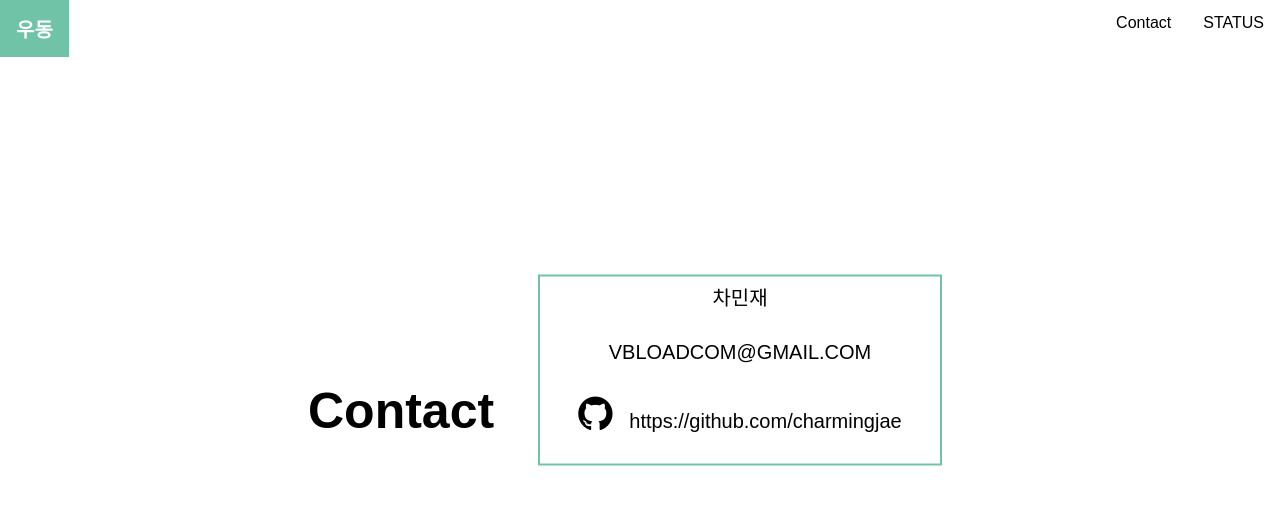
Repository: charmingjae/circles
Page: http://localhost/circles/root/contact.jsp
These files come from the project's save history. The page is drawn as it stood at one moment and after the next save; the edit follows.
The browser window is 1280 px wide. The pictures show the whole page.
Some web fonts or font styles are not loaded; a fallback is used. The page is served by Tomcat 9. Other server files are loaded and not shown.

Above is the page before, as saved 2020-07-09 15:10:28.

### circles/WebContent/root/contact.jsp
<%@ page language="java" contentType="text/html; charset=UTF-8"
    pageEncoding="UTF-8"%>
<!DOCTYPE html>
<html>
<head>
	<meta charset="UTF-8">
	<title>MOJUK</title>

	<!-- Link contact.css -->
	<link href="../css/contact.css" rel="stylesheet" type="text/css">

	<!-- font-awesome link -->
	 <link rel="stylesheet" type="text/css" href="https://maxcdn.bootstrapcdn.com/font-awesome/4.7.0/css/font-awesome.min.css">
</head>
<body>
	<!-- include header -->
	<%@include file ="../navbar/navbar.jsp" %>

	<form onsubmit="return false;" action="wrInfo.jsp" class="container" method="post" name="frmStuNo">
		<div class="container">
			<span id="head"> Contact </span>
			<div class="main">
				<span id="showEtc"> 차민재 </span>
				<span id="showEtc"> VBLOADCOM@GMAIL.COM  </span>
				<span id="showEtc"><i class="fa fa-github fa-2x" aria-hidden="true"></i> &nbsp https://github.com/charmingjae</span>
			</div>
		</div>
	</form>
</body>
</html>

### circles/WebContent/navbar/navbar.jsp
<%@ page language="java" contentType="text/html; charset=UTF-8"
    pageEncoding="UTF-8"%>
<!DOCTYPE html>
<html>
<head>
<meta charset="UTF-8">
<title></title>

	<!-- Link navbar.css -->
	<link href="../css/navbar.css" rel="stylesheet" type="text/css">
</head>
	<%
		String getSession = (String)session.getAttribute("userID");
	%>
<body>
	<ul id="main-menu">
		<li class="headName" id="main-menu1"><a href="../root/index.jsp" class="headName">우동</a></li>
		<%
			if((getSession != null) && (getSession.isEmpty() == false)){
				%>
				<li style="float:right" id="main-menu2"><a class="active" href="../root/admPg.jsp"><%=getSession %>님 환영합니다.</a>
					<ul id="sub-menu">
						<li><a class="subAct" href="../mojuk/member.jsp">🍀동아리원🍀</a></li>
						<li><a class="subAct" href="../proc/logout.jsp">로그아웃</a></li>
					</ul>
				</li>
				<%
			}
			else{

				%>
				<li style="float:right"><a class="active" href="../root/status.jsp">STATUS</a></li>
				<%
			}
		%>
		<li style="float:right"><a class="active" href="../root/contact.jsp">Contact</a></li>
	</ul>
</body>
</html>

### circles/WebContent/css/contact.css
@charset "UTF-8";


@import url(https://cdn.jsdelivr.net/gh/moonspam/NanumSquare@1.0/nanumsquare.css);

body {
    font-family: 'NanumSquare', sans-serif;
}

/* Chrome, iex, fire-fox Settings */
input:-ms-input-placeholder {color:#a8a8a8;}
input::-webkit-input-placeholder{color:#a8a8a8;}
input::-moz-placeholder{columns: #a8a8a8;}

/* Head Comment */
/* 나중에 px단위를 가변 단위로 바꿀 수 있으면 좋겠다. :-) */

html,body{
	height: 100%;
}

body{
	display:table-cell;
	margin: 0 auto;
}

/* .container{
	height: 100%;
	display: table-cell;
	vertical-align: middle;
	text-align:center;
} */

.container{
	display:inline-block;
	width:100%;
	position:absolute;
	left:50%;
	top:50%;
	transform: translate(-50%, -50%);
	vertical-align: middle;
	text-align:center;
}


/* Contact 관련 css */
#head{
	font-size: 50px;
	font-weight: bold;
}


/* 학번 입력 div Settings */
div .main{
	margin-left: 30px;
	margin-right: 30px;
	display:inline-block;
    height:100%;
    width: 400px;
    border: 2px solid #70c3a7;
    background: #ffffff;
    margin-top: 20px;
}


#showEtc{
	font-size:20px;
	display:block;
	margin-top : 5px;
	margin-bottom: 30px;
}

### circles/WebContent/css/navbar.css
@charset "UTF-8";

@import url(https://cdn.jsdelivr.net/gh/moonspam/NanumSquare@1.0/nanumsquare.css);

body {
    font-family: 'NanumSquare', sans-serif;
}

ul{
	width:100%;
	list-style-type: none;
	margin: 0;
	padding: 0;
	background-color: #ffffff;
	position:fixed;
}

li {
	float:none;
}

a {

  display: inline-block;
  color: black;
  text-align: center;
  padding: 14px 16px;
  text-decoration: none;
}

/* Change the link color to #111 (black) on hover */
a:hover {
  background-color: #70c3a7;
  color:#ffffff;
}

li .headName{
	font-weight: bold;
}

#sub-menu{
	position:absolute;
	opacity: 0;
	visibility: hidden;
}

#main-menu1{
	font-size: 20px;
}

#main-menu1, #main-menu2{
	float:left;
}

#main-menu2:hover #sub-menu{
	opacity:1;
	visibility:visible;
}
.subAct{
	width:130px !important;
}

After the next save:
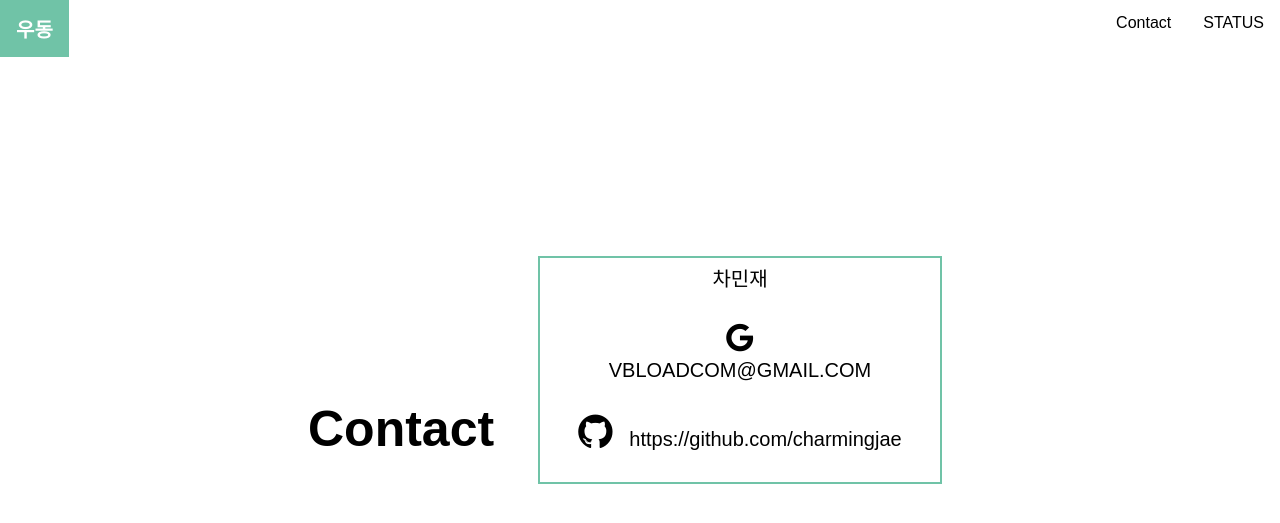
Saved 2 s later.
--- a/circles/WebContent/root/contact.jsp
+++ b/circles/WebContent/root/contact.jsp
@@ -21,6 +21,7 @@
 			<span id="head"> Contact </span>
 			<div class="main">
 				<span id="showEtc"> 차민재 </span>
+				<i class="fa fa-google fa-2x" aria-hidden="true"></i>
 				<span id="showEtc"> VBLOADCOM@GMAIL.COM  </span>
 				<span id="showEtc"><i class="fa fa-github fa-2x" aria-hidden="true"></i> &nbsp https://github.com/charmingjae</span>
 			</div>
